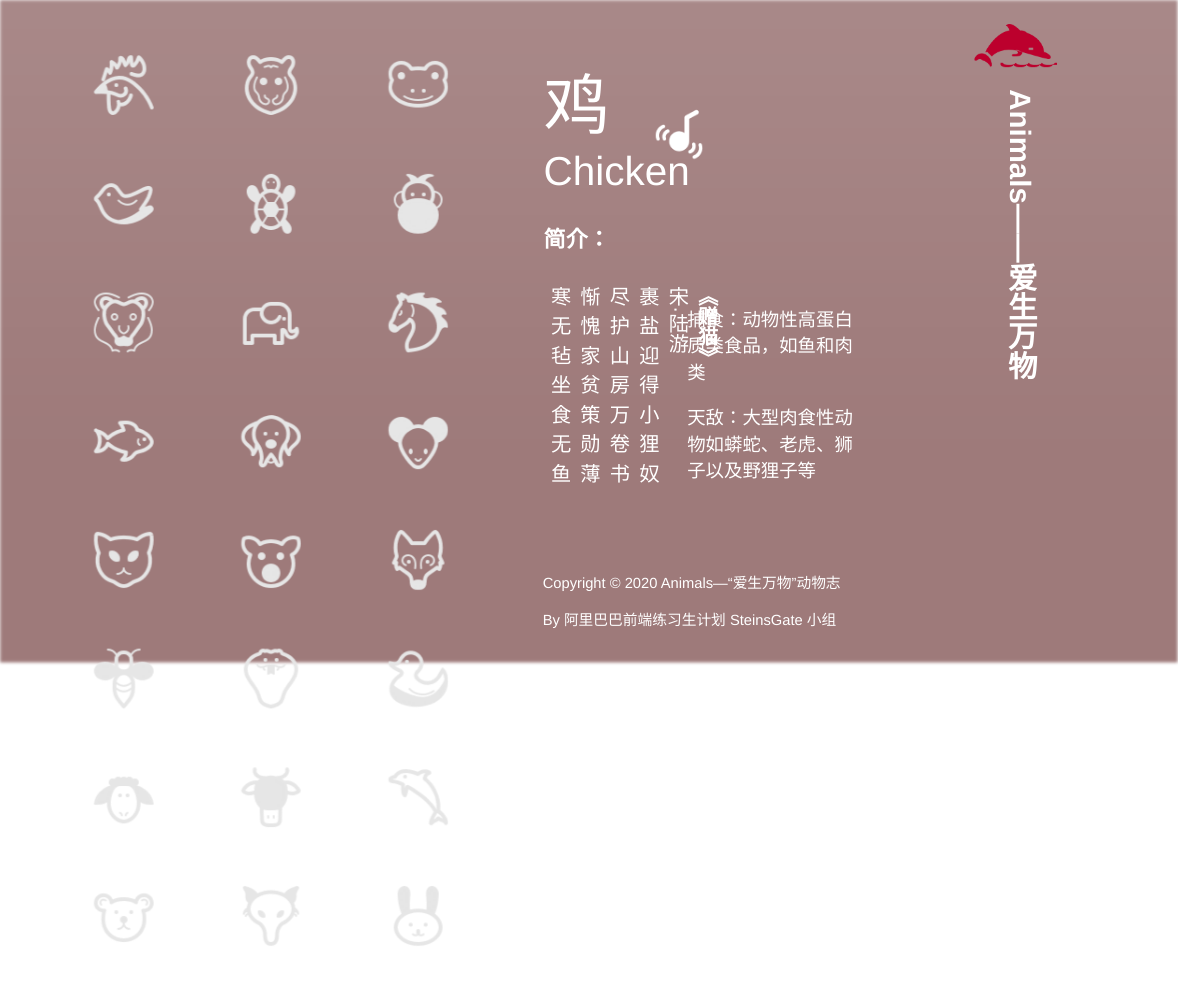
Repository: Whiskeyi/Animals
Page: /
These files come from the project's save history. The page is drawn as it stood at one moment and after the next save; the edit follows.
The browser window is 1280 px wide. The pictures show the whole page, at 92% of full size.
The project was rebuilt for these pictures with package versions that can differ from the ones it lists, and the page was loaded fresh each time.

Above is the page before, as saved 2021-11-17 17:29:40.

After the next save:
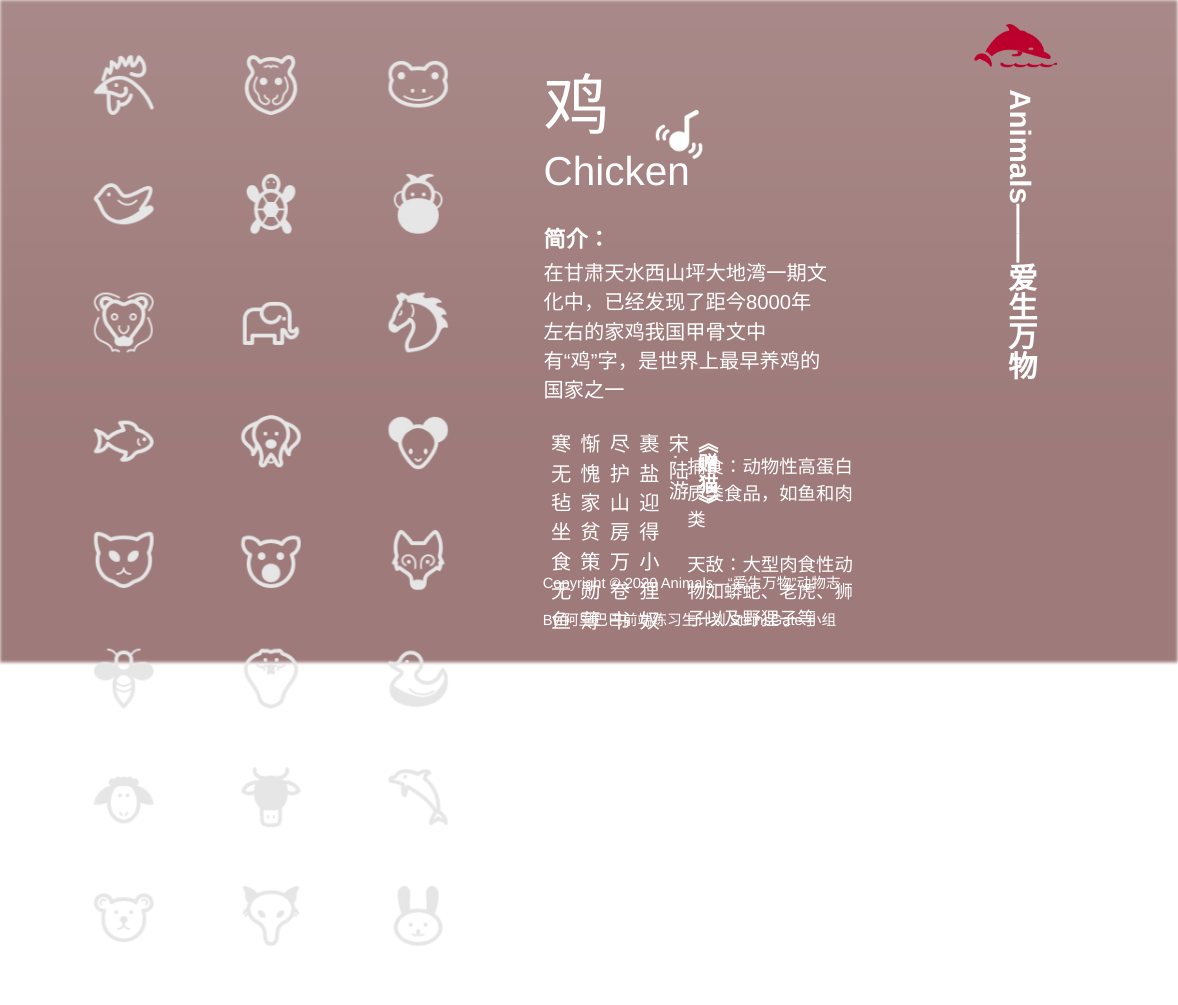
Saved 24 s later.
--- a/src/components/Info/introduce-mid/index.vue
+++ b/src/components/Info/introduce-mid/index.vue
@@ -15,7 +15,7 @@ import store from '../../../store'
 export default {
     data() {
         return {
-            IntContent: ''
+            IntContent: '在甘肃天水西山坪大地湾一期文化中，已经发现了距今8000年左右的家鸡我国甲骨文中有“鸡”字，是世界上最早养鸡的国家之一'
         }
     },
     mounted() {
